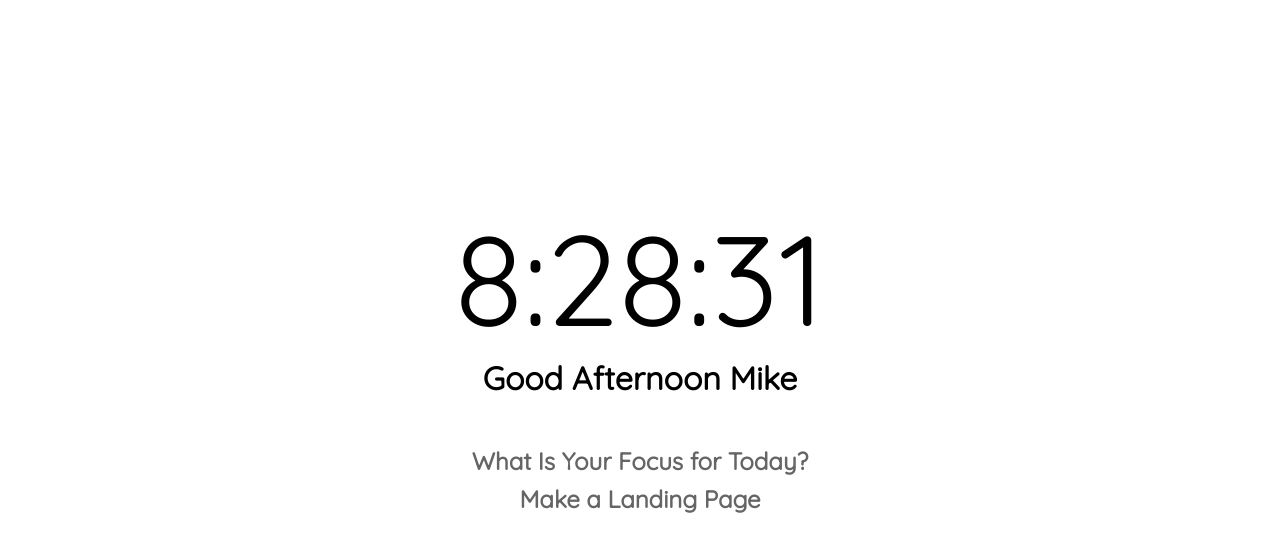
Repository: MikeTroianello/Landing-Page
Page: index.html
These files come from the project's save history. The page is drawn as it stood at one moment and after the next save; the edit follows.
The browser window is 1280 px wide. The pictures show the whole page.

Above is the page before, as saved 2019-06-19 23:14:43.

### index.html
<!DOCTYPE html>
<html lang="en">
  <head>
    <meta charset="UTF-8" />
    <meta name="viewport" content="width=device-width, initial-scale=1.0" />
    <meta http-equiv="X-UA-Compatible" content="ie=edge" />
    <link
      href="https://fonts.googleapis.com/css?family=Quicksand&display=swap"
      rel="stylesheet"
    />
    <link rel="stylesheet" href="./style.css" />
    <title>Greetings!</title>
  </head>
  <body>
    <time id="time">12:12:12 PM</time>
    <h1>
      <span id="greeting">Good Afternoon</span>
      <span id="name" contenteditable="true">Mike</span>
    </h1>
    <!-- <h2 id="focus">What Is Your Focus for Today?</h2> -->
    <h2>What Is Your Focus for Today?</h2>
    <h2 contenteditable="true">Make a Landing Page</h2>
    <script src="main.js"></script>
  </body>
</html>

### style.css
* {
  box-sizing: border-box;
  margin: 0;
  padding: 0;
}

body {
  font-family: 'Quicksand', sans-serif;
  display: flex;
  flex-direction: column;
  align-items: center;
  justify-content: center;
  text-align: center;
  height: 100vh;
  color: 'black';
}

#time {
  font-size: 8rem;
}

h1 {
  margin-bottom: 3rem;
}

h2 {
  margin-bottom: 0.5rem;
  opacity: 0.6;
}

@media (max-width: 700px) {
  #time {
    font-size: 6rem;
  }
}

### main.js
// DOM Elements
const time = document.getElementById('time'),
  greeting = document.getElementById('greeting'),
  name = document.getElementById('name'),
  focus = document.getElementById('focus');

//SHOW TIME

function showTime() {
  let today = new Date(),
    hour = today.getHours(),
    min = today.getMinutes(),
    sec = today.getSeconds();

  //SET AM OR PM
  const amPm = hour >= 12 ? 'PM' : 'AM';

  //12 Hour Format
  hour = hour % 12 || 12;

  //Output Time
  time.innerHTML = `${hour}<span>:</span>${addZero(min)}<span>:</span>${addZero(
    sec
  )}`;

  setTimeout(showTime, 1000);
}

showTime();

function addZero(x) {
  return (parseInt(x, 10) < 10 ? '0' : '') + x;
}

After the next save:
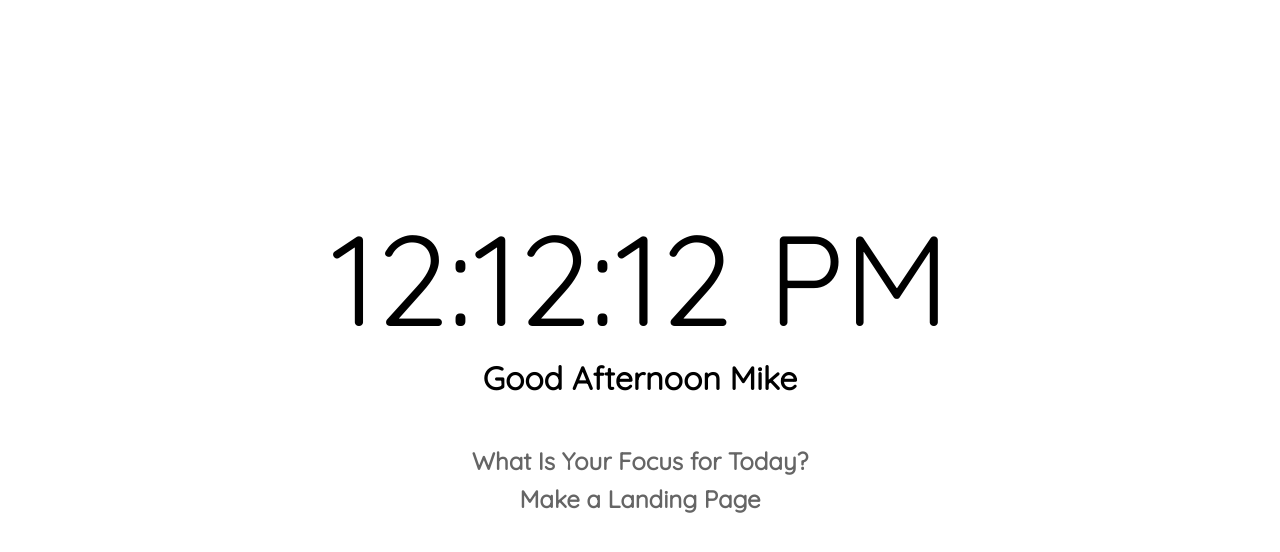
Console error: ReferenceError: n is not defined
Saved 42 s later.
--- a/main.js
+++ b/main.js
@@ -29,5 +29,5 @@
 showTime();
 
 function addZero(x) {
-  return (parseInt(x, 10) < 10 ? '0' : '') + x;
+  return (n < 10 ? '0' : '') + x;
 }

After the save that followed:
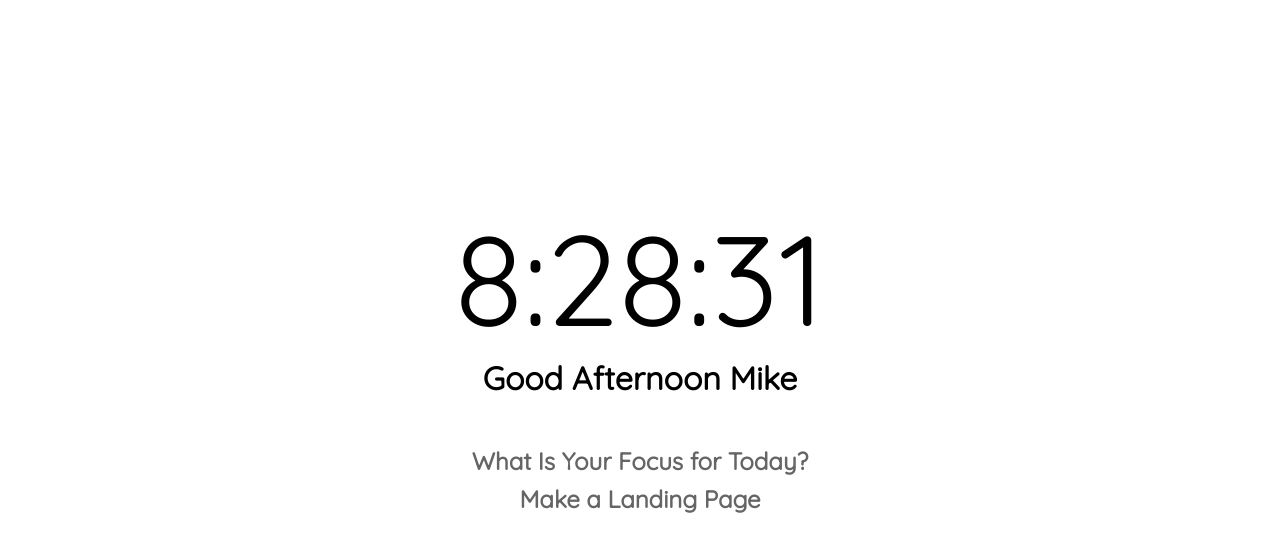
The error is gone.
Saved 6 s later.
--- a/main.js
+++ b/main.js
@@ -29,5 +29,5 @@
 showTime();
 
 function addZero(x) {
-  return (n < 10 ? '0' : '') + x;
+  return (x < 10 ? '0' : '') + x;
 }
